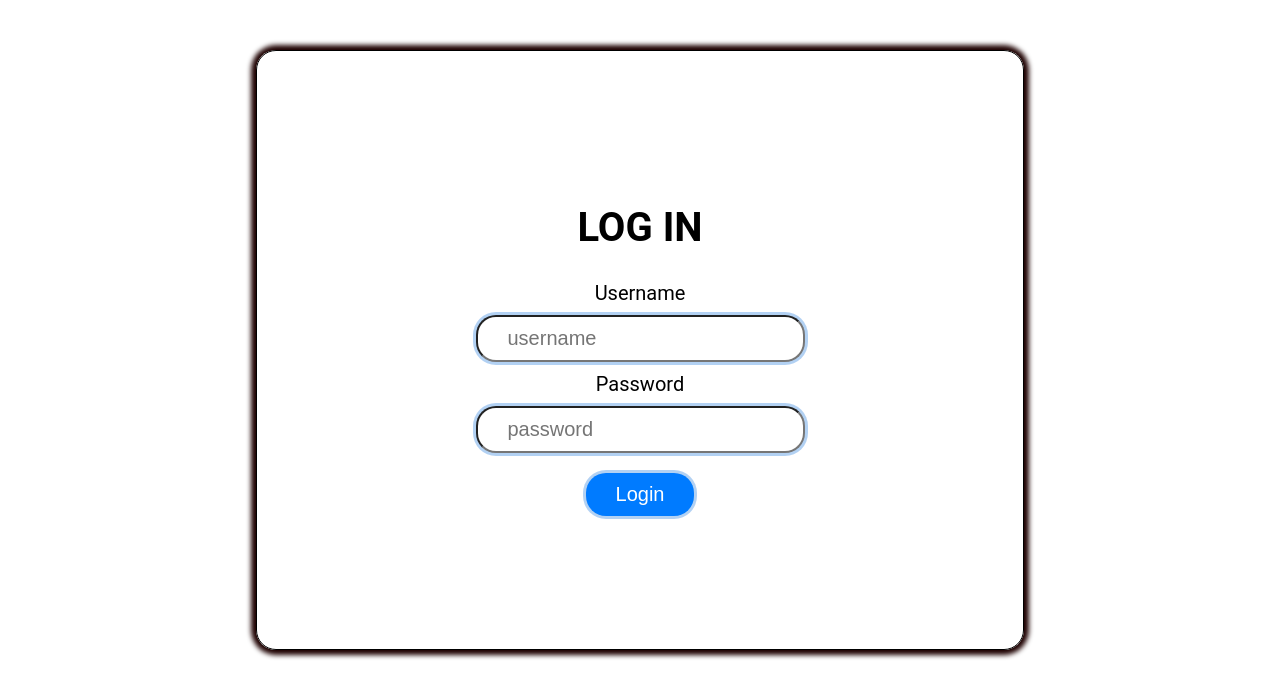
Repository: huyna1707/learning-git
Page: index.html
The author's editor kept a copy of each file at every save. The page is drawn from the files as they stood at one save, then again after the next save.
The browser window is 1280 px wide. The pictures show the whole page.

Above is the page before, as saved 2024-08-09 23:29:37.

### index.html
<!DOCTYPE html>
<html>
<head>
    <title>Form Login</title>
    <link rel="stylesheet" href="style.css">
    <script defer src="main.js"></script>
</head>
<body>
    <form action="menu">
        <h4>LOG IN</h4>
        <label for="username">Username</label>
        <input type="text" placeholder="username" id="username">
        <label for="passworld">Password</label>
        <input type="password" placeholder="password" id="password">
        <button type="button" onclick="login()">Login</button>
    </form>
</body>
</html>

### style.css
*{
    margin: 0;
    padding: 0;
    box-sizing: border-box;
}

html{
    font-size: 15px;
    font-family: 'Roboto', sans-serif;
    display: flex;
    justify-content: center;
    align-items: center;
}

form{
    width: 60vw;
    height: 600px;
    display: flex;
    flex-direction: column;
    justify-content: center;
    align-items: center;
    margin: 50px 0;
    border: 1px solid black;
    border-radius: 20px;
    box-shadow: rgb(30, 0, 0) 0 0 5px 5px;
}

form h4{
    font-size: 40px;
    font-weight: 600;
    margin: 30px;;
}
form label{
    font-size : 20px;
}
form input{
    border-radius: 20px;
    font-size: 20px;
    padding: 10px 30px;
    box-shadow: rgba(3, 102, 214, 0.3) 0px 0px 0px 3px;
    margin : 10px;
}

form button{
    border: none;
    border-radius: 20px;
    font-size: 20px;
    padding: 10px 30px;
    background-color: #007bff;
    color: white;
    box-shadow: rgba(3, 102, 214, 0.3) 0px 0px 0px 3px;
    margin : 10px;
}

form button:hover{
    color: black;
    transition: 0.3s ease;
}

### main.js
// window.prompt('What is your name?');

After the next save:
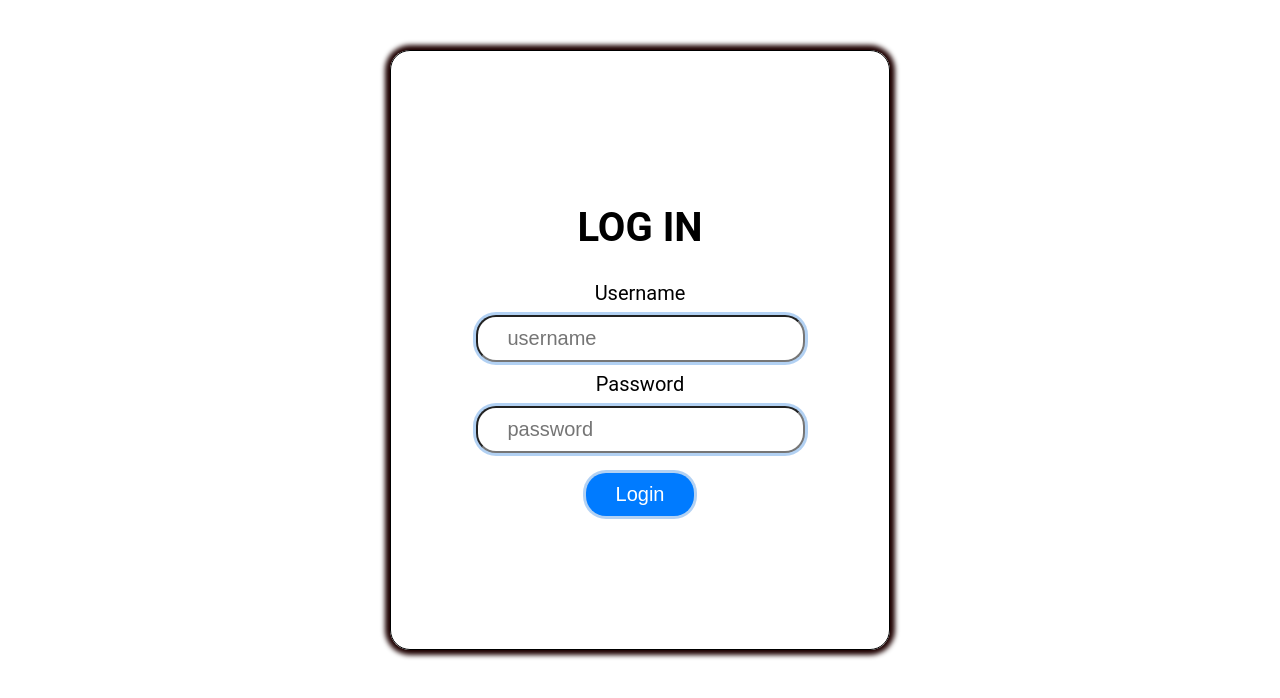
Saved 12 s later.
--- a/style.css
+++ b/style.css
@@ -13,7 +13,7 @@ html{
 }
 
 form{
-    width: 60vw;
+    width: 500px;
     height: 600px;
     display: flex;
     flex-direction: column;
